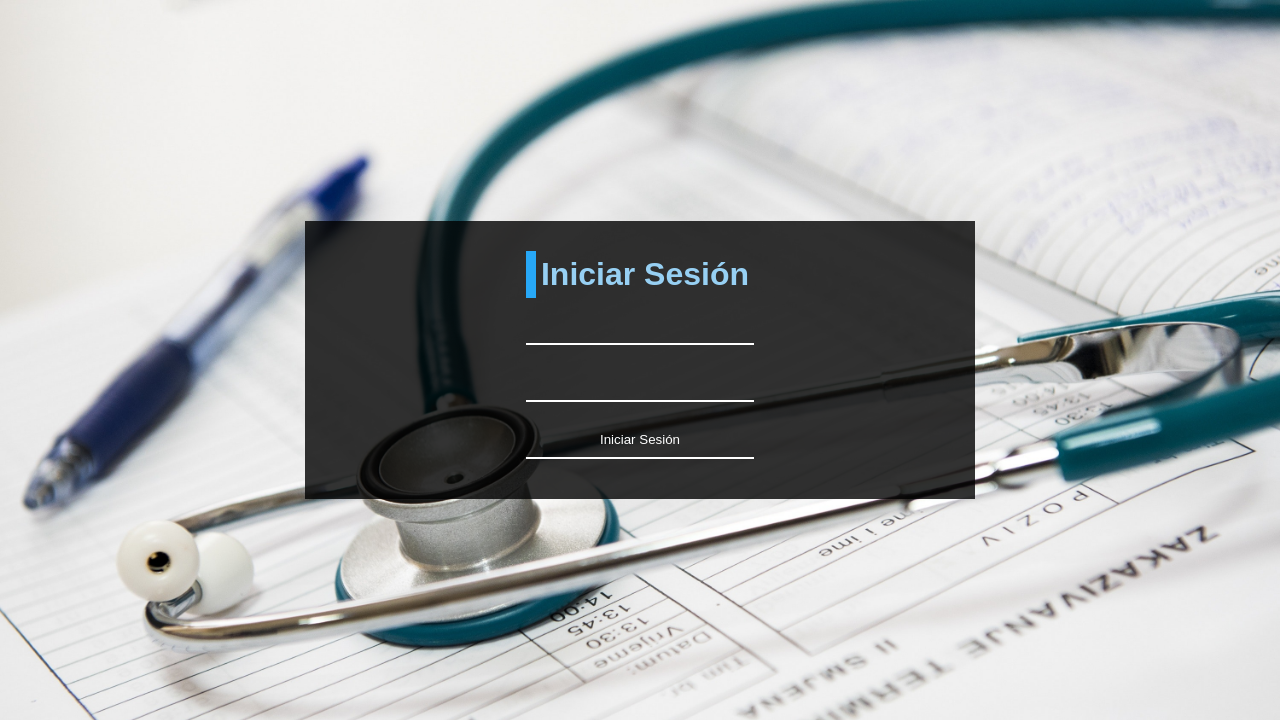
Repository: alejandropiuryp/clinica
Page: http://localhost/XE/login.php
An editor plug-in stored every save of this project. The page is shown before and after the next save, followed by the edit.
The browser window is 1280 px wide. The pictures show the whole page.
Some web fonts or font styles are not loaded; a fallback is used. The page is run by PHP 8.4 with error messages shown; the project is at /var/www/html/.

Above is the page before, as saved 2020-05-10 14:26:52.

### ClinicaReconocimiento/login.php


<!DOCTYPE html>
<html lang="es">
	<head>
		<meta charset="utf-8">
		<title>Login</title>
		<link href="css/registro_usuario.css" rel="stylesheet" type="text/css" media="all">
	</head>

	<body>
		<div class="contenedor">
			<form action="login.php" method="post">
				<div class = "columnas2">
					<div class = "datos_contacto">
						<h1>Iniciar Sesión</h1>
						<input type="text" name="email" id="email" />
						<input type="password" name="pass" id="pass" />
						<input type="submit" name="submit" value="Iniciar Sesión" />
					</div>
				</div>
			</form>
		</div>
	</body>
</html>

### ClinicaReconocimiento/css/registro_usuario.css
@import url('https://fonts.googleapis.com/css2?family=Jost:wght@100&family=Raleway&display=swap');

*{
	margin: 0;
	padding: 0;
	box-sizing: border-box;
	outline: none;
	font-family: 'Raleway', sans-serif;
}

body{
	background: url("../img/fondo-registro.jpg") no-repeat top center;
	background-size: cover;
	height: 100%;
}

h1{
	color:#97D0F3;
	border-left: 10px solid #27A8F7;
	padding: 5px;
}
.contenedor{
	position:absolute;
	top:50%;
	transform: translateY(-50%);
	width: 100%;
	padding: 0 20px;
}

#enviar{
	display: block;
	margin: 20px auto auto auto;
	border-bottom: 0px;
	background: #39b7dd;
	padding: 15px;
	cursor: pointer;

}
.columnas{
	max-width: 670px;
	margin: 0 auto;
	padding: 30px;
	background: rgba(0,0,0,0.8);
	display: flex;
	flex-wrap: nowrap;
	justify-content: space-between;
}

.columnas2{
	max-width: 670px;
	margin: 0 auto;
	padding: 30px;
	background: rgba(0,0,0,0.8);
	display: flex;
	flex-wrap: nowrap;
	justify-content: center;
}

.datos_personales{
	display: flex;
	flex-direction: column;
	margin-right: 4%;
}

.datos_contacto{
	display: flex;
	flex-direction: column;
}


input{
	margin: 10px 0;
	background: transparent;
	border: 0;
	border-bottom: 2px solid white;
	padding: 10px;
	color: white;

}

::-webkit-input-placeholder{
	color: #c5ecfd;
}

::-moz-input-placeholder{
	color: #c5ecfd;
}

::-ms-input-placeholder{
	color: #c5ecfd;
}

small{
	max-width:300px;
	visibility: hidden;
}

.error {
	border-top: 2px solid;
	border-left: 2px solid;
	border-right: 2px solid;
	border-color: #e74c3c;
}

.errorSmall {
	color: #e74c3c;
	visibility: visible;
}


@media screen and (max-width: 800px){
	.columnas{
		flex-direction: row;
	}
}

After the next save:
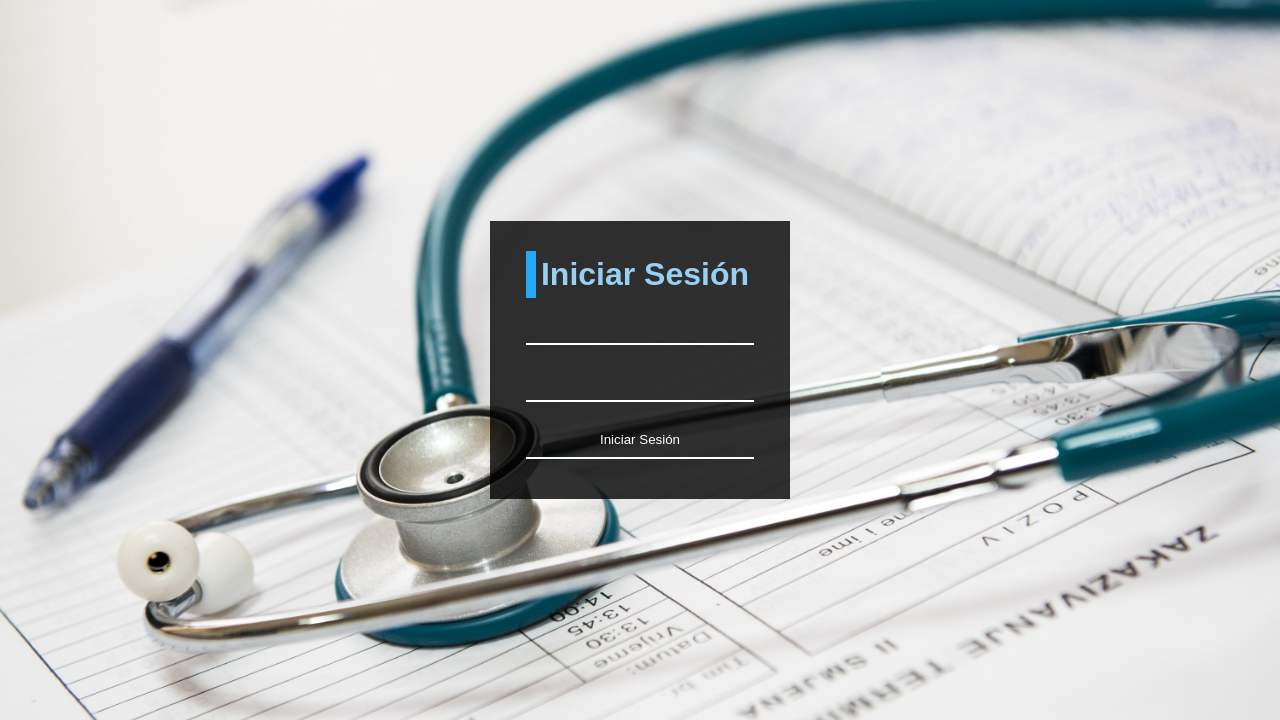
Saved 10 s later.
--- a/ClinicaReconocimiento/css/registro_usuario.css
+++ b/ClinicaReconocimiento/css/registro_usuario.css
@@ -47,7 +47,7 @@ h1{
 }
 
 .columnas2{
-	max-width: 670px;
+	max-width: 300px;
 	margin: 0 auto;
 	padding: 30px;
 	background: rgba(0,0,0,0.8);
